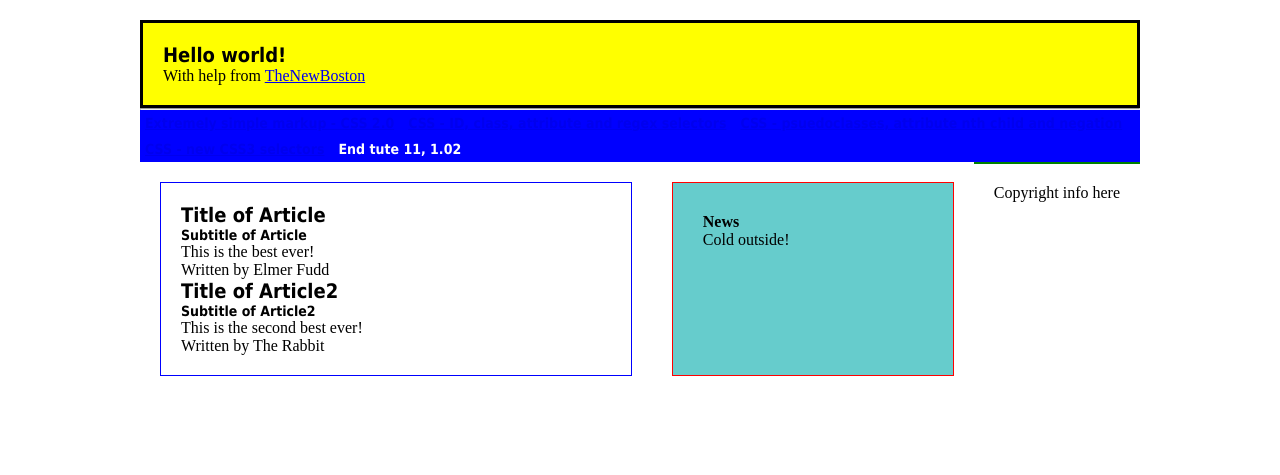
Repository: jksfoTemp/HTML5
Page: default.5.html
The author's editor kept a record of every edit. The page is drawn from the files as they stood at one moment, then again after the next edit.
The browser window is 1280 px wide. The pictures show the whole page.

Above is the page before.
Console error: TypeError: Cannot set properties of null (setting 'innerText')

After the next edit:
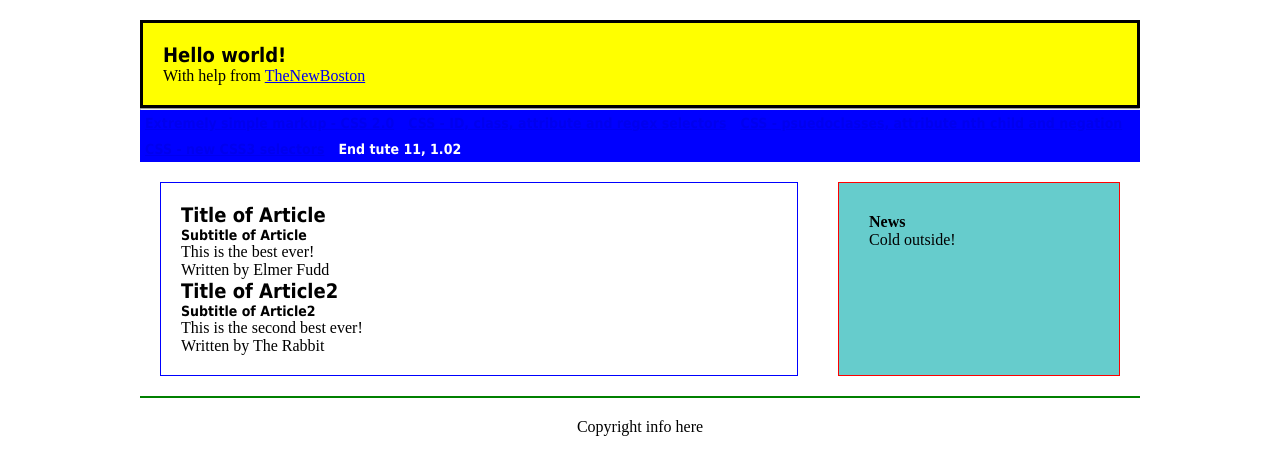
The edit:
--- a/default.5.html
+++ b/default.5.html
@@ -33,37 +33,39 @@
             </nav>
 
             <div id="new_div">
-            <section id="main_section">
-                <article>
-                    <header>
-                         <hgroup>
-                            <h1>Title of Article</h1>
-                            <h2>Subtitle of Article</h2>
-                         </hgroup>
-                    </header>
-                    <p> This is the best ever!</p>
-                    <footer>
-                        <p>Written by Elmer Fudd</p>
-                    </footer>
-                </article>
-                <article>
-                    <header>
-                         <hgroup>
-                            <h1>Title of Article2</h1>
-                            <h2>Subtitle of Article2</h2>
-                         </hgroup>
-                    </header>
-                    <p> This is the second best ever!</p>
-                    <footer>
-                        <p>Written by The Rabbit</p>
-                    </footer>
-                </article>
-            </section>
-            <aside id="side_news">
-                <h4>News</h4>
-                Cold outside!
+                <section id="main_section">
+                    <article>
+                        <header>
+                             <hgroup>
+                                <h1>Title of Article</h1>
+                                <h2>Subtitle of Article</h2>
+                             </hgroup>
+                        </header>
+                        <p> This is the best ever!</p>
+                        <footer>
+                            <p>Written by Elmer Fudd</p>
+                        </footer>
+                    </article>
+                    <article>
+                        <header>
+                             <hgroup>
+                                <h1>Title of Article2</h1>
+                                <h2>Subtitle of Article2</h2>
+                             </hgroup>
+                        </header>
+                        <p> This is the second best ever!</p>
+                        <footer>
+                            <p>Written by The Rabbit</p>
+                        </footer>
+                    </article>
+                </section>
+                <aside id="side_news">
+                    <h4>News</h4>
+                    Cold outside!
 
-            </aside>
+                </aside>
+
+            </div>
 
             <footer id="the_footer">
                 Copyright info here
